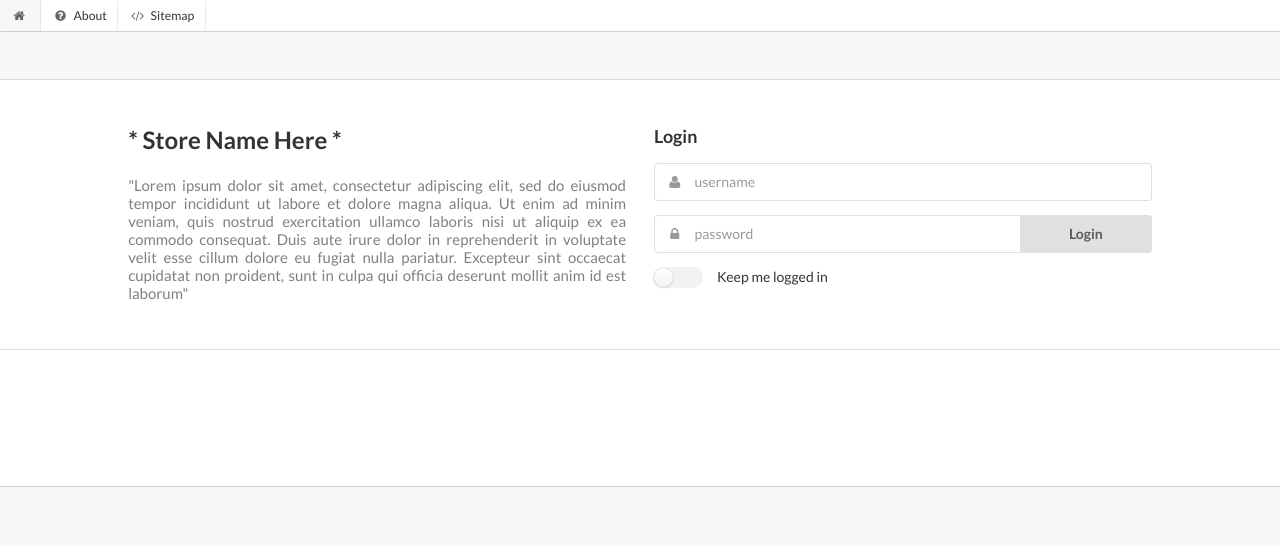
Repository: thdrwngkd/oims
Page: public/index.html
The author's editor kept a record of every edit. The page is drawn from the files as they stood at one moment, then again after the next edit.
The browser window is 1280 px wide. The pictures show the whole page.

Above is the page before.

### public/index.html
<!DOCTYPE html>
<html>
  <head>
    <!-- Standard Meta -->
    <meta charset="utf-8" />
    <meta http-equiv="X-UA-Compatible" content="IE=edge,chrome=1" />
    <meta name="viewport" content="width=device-width, initial-scale=1.0, maximum-scale=1.0">

    <!-- Site Properities -->
    <title>Online Inventory Management</title>

    <link href="../dist/googleapis.css" rel="stylesheet" type="text/css">
    <link href="../dist/semantic.css"   rel="stylesheet" type="text/css">
    <link href="../src/css/base.css"    rel="stylesheet" type="text/css">

    <script src="../dist/jquery.js"></script>
    <script src="../dist/jquery.address.js"></script>
    <script src="../dist/semantic.js"></script>

    <script src="../dist/base.js"></script>
  </head>
  <body>
    <!-- Start  Header Navbar -->
    <header>
      <nav class="ui fixed fluid main small menu">
        <a class="item"><i class="home icon"></i></a>
        <a class="item"><i class="help circle icon"></i> About</a>
        <a class="item"><i class="code icon"></i> Sitemap</a>
      </nav>
    </header>
    <!-- End    Header Navbar -->
    <div class="clear height eighty pixels"></div>
    <!-- Start  Section Masthead Segment -->
    <section class="ui center segment clear">
      <div class="ui page grid top-bottom margin twenty pixels">
        <div class="two column row">
          <div class="column">
            <h2 class="ui header">
              * Store Name Here *
              <div class="sub header" style="margin-top: 20px; text-align: justify">
                "Lorem ipsum dolor sit amet, consectetur adipiscing elit, sed do eiusmod tempor incididunt ut labore et dolore magna aliqua. Ut enim ad minim veniam, quis nostrud exercitation ullamco laboris nisi ut aliquip ex ea commodo consequat. Duis aute irure dolor in reprehenderit in voluptate velit esse cillum dolore eu fugiat nulla pariatur. Excepteur sint occaecat cupidatat non proident, sunt in culpa qui officia deserunt mollit anim id est laborum"
              </div>
            </h2>
          </div>
          <div class="column">
            <h3 class="ui header">
              Login
            </h3>
            <form class="ui fluid form">
              <div class="field">
                <div class="ui left icon input">
                  <input type="text" placeholder="username">
                  <i class="user icon"></i>
                </div>
              </div>
              <div class="field">
                <div class="ui left icon action input">
                  <i class="lock icon"></i>
                  <input name="email" type="text" placeholder="password">
                  <div class="ui submit button">Login</div>
                </div>
              </div>
              <div class="field">
                <div class="ui toggle checkbox">
                  <input type="checkbox" name="keep_logged" value="x">
                  <label>Keep me logged in</label>
                </div>
              </div>
            </form>
          </div>
        </div>
      </div>

    </section>
    <!-- End    Projects Section -->
    <!-- Start  About Section -->
    <section class="ui footer segment clear">
      <div class="ui page grid top-bottom margin twenty pixels">
        <div class="row">
          <div class="column">
            <div class="clear height forty pixels"></div>
          </div>
        </div>
      </div>
    </section>
    <!-- End    About Section -->
    <!-- Javascript Imports -->


    <!-- Javascript Imports -->
  </body>
</html>

### dist/googleapis.css
/* cyrillic-ext */
@font-face {
  font-family: 'Open Sans';
  font-style: normal;
  font-weight: 300;
  src: local('Open Sans Light'), local('OpenSans-Light'), url(http://fonts.gstatic.com/s/opensans/v10/DXI1ORHCpsQm3Vp6mXoaTSUUniRZcd_wq8DYmIfsw2A.woff2) format('woff2');
  unicode-range: U+0460-052F, U+20B4, U+2DE0-2DFF, U+A640-A69F;
}
/* cyrillic */
@font-face {
  font-family: 'Open Sans';
  font-style: normal;
  font-weight: 300;
  src: local('Open Sans Light'), local('OpenSans-Light'), url(http://fonts.gstatic.com/s/opensans/v10/DXI1ORHCpsQm3Vp6mXoaTeXREeHhJi4GEUJI9ob_ak4.woff2) format('woff2');
  unicode-range: U+0400-045F, U+0490-0491, U+04B0-04B1, U+2116;
}
/* devanagari */
@font-face {
  font-family: 'Open Sans';
  font-style: normal;
  font-weight: 300;
  src: local('Open Sans Light'), local('OpenSans-Light'), url(http://fonts.gstatic.com/s/opensans/v10/DXI1ORHCpsQm3Vp6mXoaTY0Uz7fbu6RM5MPetubMKio.woff2) format('woff2');
  unicode-range: U+02BC, U+0900-097F, U+1CD0-1CF6, U+1CF8-1CF9, U+200B-200D, U+20A8, U+20B9, U+25CC, U+A830-A839, U+A8E0-A8FB;
}
/* greek-ext */
@font-face {
  font-family: 'Open Sans';
  font-style: normal;
  font-weight: 300;
  src: local('Open Sans Light'), local('OpenSans-Light'), url(http://fonts.gstatic.com/s/opensans/v10/DXI1ORHCpsQm3Vp6mXoaTfzy0yu4vcvNhe7QLuoE8rU.woff2) format('woff2');
  unicode-range: U+1F00-1FFF;
}
/* greek */
@font-face {
  font-family: 'Open Sans';
  font-style: normal;
  font-weight: 300;
  src: local('Open Sans Light'), local('OpenSans-Light'), url(http://fonts.gstatic.com/s/opensans/v10/DXI1ORHCpsQm3Vp6mXoaTc9-ZSaZ3mOOsU9E1f6DGWc.woff2) format('woff2');
  unicode-range: U+0370-03FF;
}
/* vietnamese */
@font-face {
  font-family: 'Open Sans';
  font-style: normal;
  font-weight: 300;
  src: local('Open Sans Light'), local('OpenSans-Light'), url(http://fonts.gstatic.com/s/opensans/v10/DXI1ORHCpsQm3Vp6mXoaTYZI5FoslwusAsZHK_V0XCI.woff2) format('woff2');
  unicode-range: U+0102-0103, U+1EA0-1EF1, U+20AB;
}
/* latin-ext */
@font-face {
  font-family: 'Open Sans';
  font-style: normal;
  font-weight: 300;
  src: local('Open Sans Light'), local('OpenSans-Light'), url(http://fonts.gstatic.com/s/opensans/v10/DXI1ORHCpsQm3Vp6mXoaTRUOjZSKWg4xBWp_C_qQx0o.woff2) format('woff2');
  unicode-range: U+0100-024F, U+1E00-1EFF, U+20A0-20AB, U+20AD-20CF, U+2C60-2C7F, U+A720-A7FF;
}
/* latin */
@font-face {
  font-family: 'Open Sans';
  font-style: normal;
  font-weight: 300;
  src: local('Open Sans Light'), local('OpenSans-Light'), url(http://fonts.gstatic.com/s/opensans/v10/DXI1ORHCpsQm3Vp6mXoaTegdm0LZdjqr5-oayXSOefg.woff2) format('woff2');
  unicode-range: U+0000-00FF, U+0131, U+0152-0153, U+02C6, U+02DA, U+02DC, U+2000-206F, U+2074, U+20AC, U+2212, U+2215, U+E0FF, U+EFFD, U+F000;
}
/* cyrillic-ext */
@font-face {
  font-family: 'Open Sans';
  font-style: normal;
  font-weight: 400;
  src: local('Open Sans'), local('OpenSans'), url(http://fonts.gstatic.com/s/opensans/v10/K88pR3goAWT7BTt32Z01m1tXRa8TVwTICgirnJhmVJw.woff2) format('woff2');
  unicode-range: U+0460-052F, U+20B4, U+2DE0-2DFF, U+A640-A69F;
}
/* cyrillic */
@font-face {
  font-family: 'Open Sans';
  font-style: normal;
  font-weight: 400;
  src: local('Open Sans'), local('OpenSans'), url(http://fonts.gstatic.com/s/opensans/v10/RjgO7rYTmqiVp7vzi-Q5UVtXRa8TVwTICgirnJhmVJw.woff2) format('woff2');
  unicode-range: U+0400-045F, U+0490-0491, U+04B0-04B1, U+2116;
}
/* devanagari */
@font-face {
  font-family: 'Open Sans';
  font-style: normal;
  font-weight: 400;
  src: local('Open Sans'), local('OpenSans'), url(http://fonts.gstatic.com/s/opensans/v10/ttwNtsRpgsxVmgGGmiUOEltXRa8TVwTICgirnJhmVJw.woff2) format('woff2');
  unicode-range: U+02BC, U+0900-097F, U+1CD0-1CF6, U+1CF8-1CF9, U+200B-200D, U+20A8, U+20B9, U+25CC, U+A830-A839, U+A8E0-A8FB;
}
/* greek-ext */
@font-face {
  font-family: 'Open Sans';
  font-style: normal;
  font-weight: 400;
  src: local('Open Sans'), local('OpenSans'), url(http://fonts.gstatic.com/s/opensans/v10/LWCjsQkB6EMdfHrEVqA1KVtXRa8TVwTICgirnJhmVJw.woff2) format('woff2');
  unicode-range: U+1F00-1FFF;
}
/* greek */
@font-face {
  font-family: 'Open Sans';
  font-style: normal;
  font-weight: 400;
  src: local('Open Sans'), local('OpenSans'), url(http://fonts.gstatic.com/s/opensans/v10/xozscpT2726on7jbcb_pAltXRa8TVwTICgirnJhmVJw.woff2) format('woff2');
  unicode-range: U+0370-03FF;
}
/* vietnamese */
@font-face {
  font-family: 'Open Sans';
  font-style: normal;
  font-weight: 400;
  src: local('Open Sans'), local('OpenSans'), url(http://fonts.gstatic.com/s/opensans/v10/59ZRklaO5bWGqF5A9baEEVtXRa8TVwTICgirnJhmVJw.woff2) format('woff2');
  unicode-range: U+0102-0103, U+1EA0-1EF1, U+20AB;
}
/* latin-ext */
@font-face {
  font-family: 'Open Sans';
  font-style: normal;
  font-weight: 400;
  src: local('Open Sans'), local('OpenSans'), url(http://fonts.gstatic.com/s/opensans/v10/u-WUoqrET9fUeobQW7jkRVtXRa8TVwTICgirnJhmVJw.woff2) format('woff2');
  unicode-range: U+0100-024F, U+1E00-1EFF, U+20A0-20AB, U+20AD-20CF, U+2C60-2C7F, U+A720-A7FF;
}
/* latin */
@font-face {
  font-family: 'Open Sans';
  font-style: normal;
  font-weight: 400;
  src: local('Open Sans'), local('OpenSans'), url(http://fonts.gstatic.com/s/opensans/v10/cJZKeOuBrn4kERxqtaUH3VtXRa8TVwTICgirnJhmVJw.woff2) format('woff2');
  unicode-range: U+0000-00FF, U+0131, U+0152-0153, U+02C6, U+02DA, U+02DC, U+2000-206F, U+2074, U+20AC, U+2212, U+2215, U+E0FF, U+EFFD, U+F000;
}
/* cyrillic-ext */
@font-face {
  font-family: 'Open Sans';
  font-style: normal;
  font-weight: 700;
  src: local('Open Sans Bold'), local('OpenSans-Bold'), url(http://fonts.gstatic.com/s/opensans/v10/k3k702ZOKiLJc3WVjuplzCUUniRZcd_wq8DYmIfsw2A.woff2) format('woff2');
  unicode-range: U+0460-052F, U+20B4, U+2DE0-2DFF, U+A640-A69F;
}
/* cyrillic */
@font-face {
  font-family: 'Open Sans';
  font-style: normal;
  font-weight: 700;
  src: local('Open Sans Bold'), local('OpenSans-Bold'), url(http://fonts.gstatic.com/s/opensans/v10/k3k702ZOKiLJc3WVjuplzOXREeHhJi4GEUJI9ob_ak4.woff2) format('woff2');
  unicode-range: U+0400-045F, U+0490-0491, U+04B0-04B1, U+2116;
}
/* devanagari */
@font-face {
  font-family: 'Open Sans';
  font-style: normal;
  font-weight: 700;
  src: local('Open Sans Bold'), local('OpenSans-Bold'), url(http://fonts.gstatic.com/s/opensans/v10/k3k702ZOKiLJc3WVjuplzI0Uz7fbu6RM5MPetubMKio.woff2) format('woff2');
  unicode-range: U+02BC, U+0900-097F, U+1CD0-1CF6, U+1CF8-1CF9, U+200B-200D, U+20A8, U+20B9, U+25CC, U+A830-A839, U+A8E0-A8FB;
}
/* greek-ext */
@font-face {
  font-family: 'Open Sans';
  font-style: normal;
  font-weight: 700;
  src: local('Open Sans Bold'), local('OpenSans-Bold'), url(http://fonts.gstatic.com/s/opensans/v10/k3k702ZOKiLJc3WVjuplzPzy0yu4vcvNhe7QLuoE8rU.woff2) format('woff2');
  unicode-range: U+1F00-1FFF;
}
/* greek */
@font-face {
  font-family: 'Open Sans';
  font-style: normal;
  font-weight: 700;
  src: local('Open Sans Bold'), local('OpenSans-Bold'), url(http://fonts.gstatic.com/s/opensans/v10/k3k702ZOKiLJc3WVjuplzM9-ZSaZ3mOOsU9E1f6DGWc.woff2) format('woff2');
  unicode-range: U+0370-03FF;
}
/* vietnamese */
@font-face {
  font-family: 'Open Sans';
  font-style: normal;
  font-weight: 700;
  src: local('Open Sans Bold'), local('OpenSans-Bold'), url(http://fonts.gstatic.com/s/opensans/v10/k3k702ZOKiLJc3WVjuplzIZI5FoslwusAsZHK_V0XCI.woff2) format('woff2');
  unicode-range: U+0102-0103, U+1EA0-1EF1, U+20AB;
}
/* latin-ext */
@font-face {
  font-family: 'Open Sans';
  font-style: normal;
  font-weight: 700;
  src: local('Open Sans Bold'), local('OpenSans-Bold'), url(http://fonts.gstatic.com/s/opensans/v10/k3k702ZOKiLJc3WVjuplzBUOjZSKWg4xBWp_C_qQx0o.woff2) format('woff2');
  unicode-range: U+0100-024F, U+1E00-1EFF, U+20A0-20AB, U+20AD-20CF, U+2C60-2C7F, U+A720-A7FF;
}
/* latin */
@font-face {
  font-family: 'Open Sans';
  font-style: normal;
  font-weight: 700;
  src: local('Open Sans Bold'), local('OpenSans-Bold'), url(http://fonts.gstatic.com/s/opensans/v10/k3k702ZOKiLJc3WVjuplzOgdm0LZdjqr5-oayXSOefg.woff2) format('woff2');
  unicode-range: U+0000-00FF, U+0131, U+0152-0153, U+02C6, U+02DA, U+02DC, U+2000-206F, U+2074, U+20AC, U+2212, U+2215, U+E0FF, U+EFFD, U+F000;
}
/* cyrillic-ext */
@font-face {
  font-family: 'Open Sans';
  font-style: italic;
  font-weight: 300;
  src: local('Open Sans Light Italic'), local('OpenSansLight-Italic'), url(http://fonts.gstatic.com/s/opensans/v10/PRmiXeptR36kaC0GEAetxnJcj75aoY2FkN1K7fN5pSM.woff2) format('woff2');
  unicode-range: U+0460-052F, U+20B4, U+2DE0-2DFF, U+A640-A69F;
}
/* cyrillic */
@font-face {
  font-family: 'Open Sans';
  font-style: italic;
  font-weight: 300;
  src: local('Open Sans Light Italic'), local('OpenSansLight-Italic'), url(http://fonts.gstatic.com/s/opensans/v10/PRmiXeptR36kaC0GEAetxn1Xmpo4ASt4tV2E8fbn9tc.woff2) format('woff2');
  unicode-range: U+0400-045F, U+0490-0491, U+04B0-04B1, U+2116;
}
/* devanagari */
@font-face {
  font-family: 'Open Sans';
  font-style: italic;
  font-weight: 300;
  src: local('Open Sans Light Italic'), local('OpenSansLight-Italic'), url(http://fonts.gstatic.com/s/opensans/v10/PRmiXeptR36kaC0GEAetxp0ZClPV6EjNt18zha_DeYY.woff2) format('woff2');
  unicode-range: U+02BC, U+0900-097F, U+1CD0-1CF6, U+1CF8-1CF9, U+200B-200D, U+20A8, U+20B9, U+25CC, U+A830-A839, U+A8E0-A8FB;
}
/* greek-ext */
@font-face {
  font-family: 'Open Sans';
  font-style: italic;
  font-weight: 300;
  src: local('Open Sans Light Italic'), local('OpenSansLight-Italic'), url(http://fonts.gstatic.com/s/opensans/v10/PRmiXeptR36kaC0GEAetxhvwU2jSZ_W3bMnLe__5hmc.woff2) format('woff2');
  unicode-range: U+1F00-1FFF;
}
/* greek */
@font-face {
  font-family: 'Open Sans';
  font-style: italic;
  font-weight: 300;
  src: local('Open Sans Light Italic'), local('OpenSansLight-Italic'), url(http://fonts.gstatic.com/s/opensans/v10/PRmiXeptR36kaC0GEAetxlG2YASMDG4K4_XuakzasE8.woff2) format('woff2');
  unicode-range: U+0370-03FF;
}
/* vietnamese */
@font-face {
  font-family: 'Open Sans';
  font-style: italic;
  font-weight: 300;
  src: local('Open Sans Light Italic'), local('OpenSansLight-Italic'), url(http://fonts.gstatic.com/s/opensans/v10/PRmiXeptR36kaC0GEAetxqRhChYxGgJf4PX4Wvk4Rlk.woff2) format('woff2');
  unicode-range: U+0102-0103, U+1EA0-1EF1, U+20AB;
}
/* latin-ext */
@font-face {
  font-family: 'Open Sans';
  font-style: italic;
  font-weight: 300;
  src: local('Open Sans Light Italic'), local('OpenSansLight-Italic'), url(http://fonts.gstatic.com/s/opensans/v10/PRmiXeptR36kaC0GEAetxo05NJhCxBV64hQBJiatqx0.woff2) format('woff2');
  unicode-range: U+0100-024F, U+1E00-1EFF, U+20A0-20AB, U+20AD-20CF, U+2C60-2C7F, U+A720-A7FF;
}
/* latin */
@font-face {
  font-family: 'Open Sans';
  font-style: italic;
  font-weight: 300;
  src: local('Open Sans Light Italic'), local('OpenSansLight-Italic'), url(http://fonts.gstatic.com/s/opensans/v10/PRmiXeptR36kaC0GEAetxko2lTMeWA_kmIyWrkNCwPc.woff2) format('woff2');
  unicode-range: U+0000-00FF, U+0131, U+0152-0153, U+02C6, U+02DA, U+02DC, U+2000-206F, U+2074, U+20AC, U+2212, U+2215, U+E0FF, U+EFFD, U+F000;
}
/* vietnamese */
@font-face {
  font-family: 'Source Sans Pro';
  font-style: normal;
  font-weight: 400;
  src: local('Source Sans Pro'), local('SourceSansPro-Regular'), url(http://fonts.gstatic.com/s/sourcesanspro/v9/ODelI1aHBYDBqgeIAH2zlNOAHFN6BivSraYkjhveRHY.woff2) format('woff2');
  unicode-range: U+0102-0103, U+1EA0-1EF1, U+20AB;
}
/* latin-ext */
@font-face {
  font-family: 'Source Sans Pro';
  font-style: normal;
  font-weight: 400;
  src: local('Source Sans Pro'), local('SourceSansPro-Regular'), url(http://fonts.gstatic.com/s/sourcesanspro/v9/ODelI1aHBYDBqgeIAH2zlC2Q8seG17bfDXYR_jUsrzg.woff2) format('woff2');
  unicode-range: U+0100-024F, U+1E00-1EFF, U+20A0-20AB, U+20AD-20CF, U+2C60-2C7F, U+A720-A7FF;
}
/* latin */
@font-face {
  font-family: 'Source Sans Pro';
  font-style: normal;
  font-weight: 400;
  src: local('Source Sans Pro'), local('SourceSansPro-Regular'), url(http://fonts.gstatic.com/s/sourcesanspro/v9/ODelI1aHBYDBqgeIAH2zlNV_2ngZ8dMf8fLgjYEouxg.woff2) format('woff2');
  unicode-range: U+0000-00FF, U+0131, U+0152-0153, U+02C6, U+02DA, U+02DC, U+2000-206F, U+2074, U+20AC, U+2212, U+2215, U+E0FF, U+EFFD, U+F000;
}
/* vietnamese */
@font-face {
  font-family: 'Source Sans Pro';
  font-style: normal;
  font-weight: 700;
  src: local('Source Sans Pro Bold'), local('SourceSansPro-Bold'), url(http://fonts.gstatic.com/s/sourcesanspro/v9/toadOcfmlt9b38dHJxOBGDovqjS_dXPZszO_XltPdNg.woff2) format('woff2');
  unicode-range: U+0102-0103, U+1EA0-1EF1, U+20AB;
}
/* latin-ext */
@font-face {
  font-family: 'Source Sans Pro';
  font-style: normal;
  font-weight: 700;
  src: local('Source Sans Pro Bold'), local('SourceSansPro-Bold'), url(http://fonts.gstatic.com/s/sourcesanspro/v9/toadOcfmlt9b38dHJxOBGFxe-GPfKKFmiXaJ_Q0GFr8.woff2) format('woff2');
  unicode-range: U+0100-024F, U+1E00-1EFF, U+20A0-20AB, U+20AD-20CF, U+2C60-2C7F, U+A720-A7FF;
}
/* latin */
@font-face {
  font-family: 'Source Sans Pro';
  font-style: normal;
  font-weight: 700;
  src: local('Source Sans Pro Bold'), local('SourceSansPro-Bold'), url(http://fonts.gstatic.com/s/sourcesanspro/v9/toadOcfmlt9b38dHJxOBGEo0As1BFRXtCDhS66znb_k.woff2) format('woff2');
  unicode-range: U+0000-00FF, U+0131, U+0152-0153, U+02C6, U+02DA, U+02DC, U+2000-206F, U+2074, U+20AC, U+2212, U+2215, U+E0FF, U+EFFD, U+F000;
}

### src/css/base.css

      .clear.height {
        height: 0;
      }

      .clear.height.ten.pixels {
        height: 10px;
      }

      .clear.height.twenty.pixels {
        height: 20px;
      }

      .clear.height.forty.pixels {
        height: 40px;
      }

      .clear.height.sixty.pixels {
        height: 60px;
      }

      .clear.height.eighty.pixels {
        height: 80px;
      }

      .clear.height.one.hundred.pixels {
        height: 100px;
      }

      .clear.height.two.hundred.pixels {
        height: 200px;
      }

      .ui.clear {
        border-radius: 0;
        margin: 0;
      }

      .ui.top-bottom.margin {
        margin-top: 100px;
        margin-bottom: 100px;
      }

      .ui.top-bottom.margin.ten.pixels {
        margin-top:     10px;
        margin-bottom:  10px;
      }

      .ui.top-bottom.margin.twenty.pixels {
        margin-top:     20px;
        margin-bottom:  20px;
      }

      .ui.top-bottom.margin.forty.pixels {
        margin-top:     40px;
        margin-bottom:  40px;
      }

      .ui.skill.label {
        margin-top: 4px;
        margin-bottom: 4px;
      }

      .bordered {
        border: 1px solid black;
      }

### dist/base.js
$(document).ready(function(){
  $('.dropdown').dropdown();
  $('.checkbox').checkbox();
});

Loaded but not shown: dist/semantic.css (library); dist/jquery.js (library); dist/jquery.address.js (library); dist/semantic.js (library)

After the next edit:
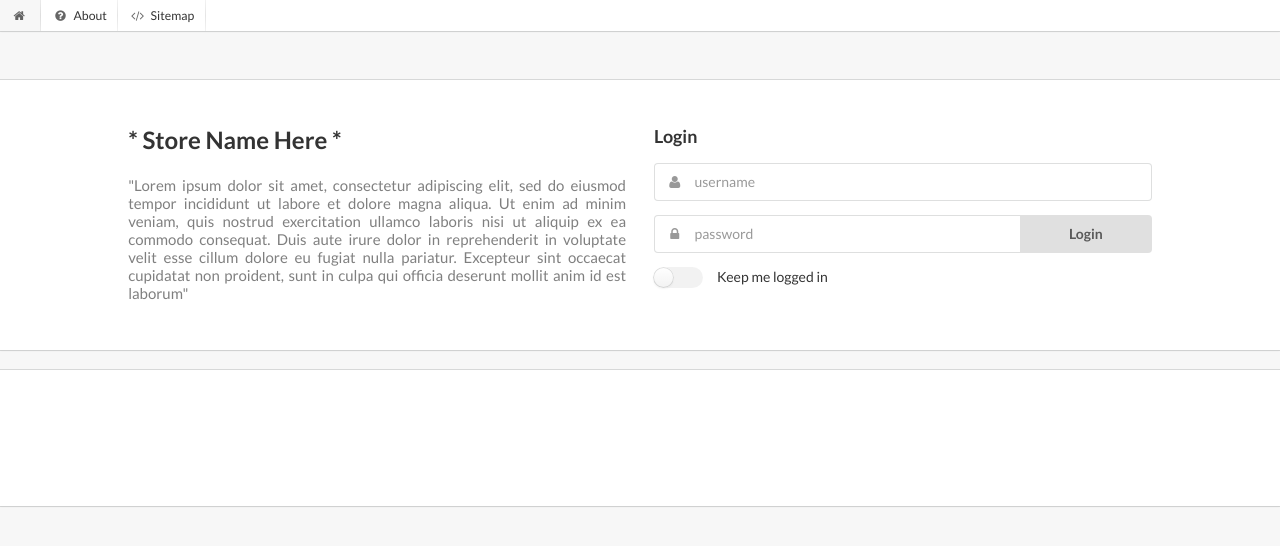
The edit:
--- a/public/index.html
+++ b/public/index.html
@@ -73,6 +73,7 @@
 
     </section>
     <!-- End    Projects Section -->
+    <div class="clear height twenty pixels"></div>
     <!-- Start  About Section -->
     <section class="ui footer segment clear">
       <div class="ui page grid top-bottom margin twenty pixels">
